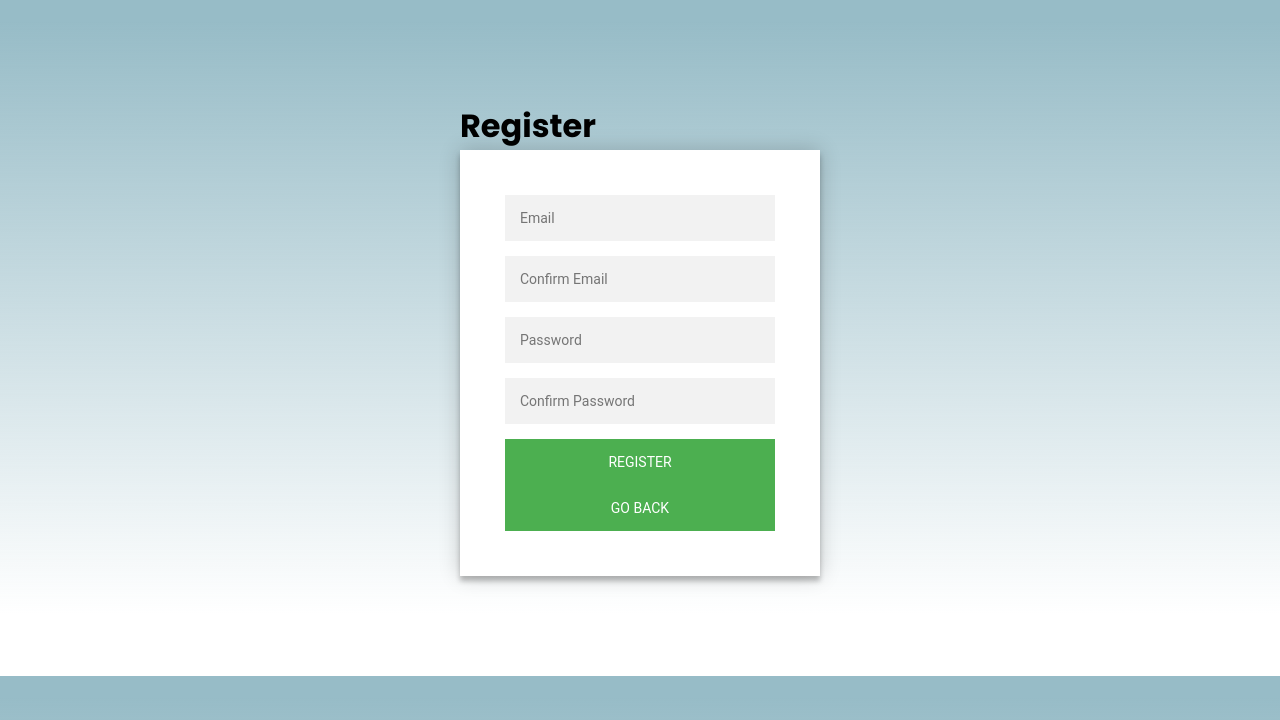
Repository: itadori17/HotelBooking
Page: /register
The author's editor kept a copy of each file at every save. The page is drawn from the files as they stood at one save, then again after the next save.
The browser window is 1280 px wide. The pictures show the whole page.
Some web libraries are served in a nearby version. The project was rebuilt for these pictures with package versions that can differ from the ones it lists, and the page was loaded fresh each time. Also part of the build but not shown: src/Components/HomeSection/Navbar.css, src/Components/HomeSection/Navbar.js, src/Components/HomeSection/Data.js, src/Components/HomeSection/Slides.js, src/Components/HomeSection/Hero.js, src/Components/Pages/Home.js, src/Components/Pages/Login.js.

Above is the page before, as saved 2022-07-12 09:51:03.

After the next save:
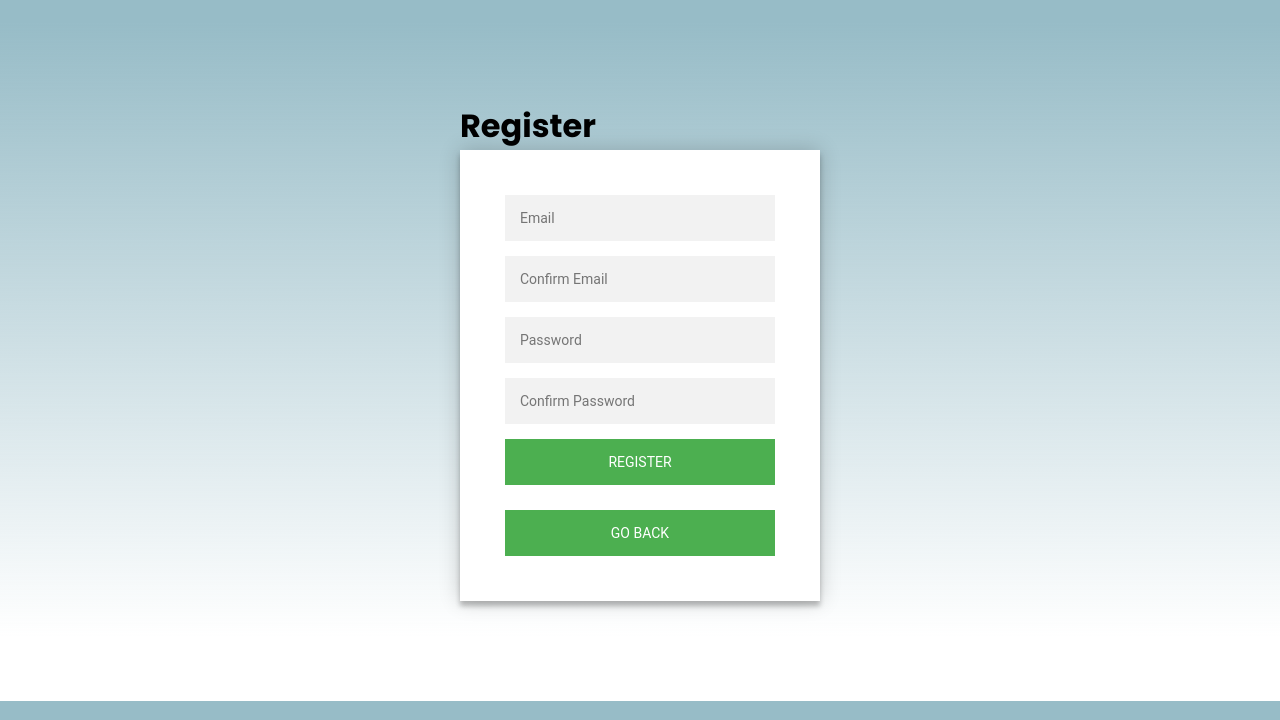
Saved 18 s later.
--- a/src/Components/Pages/Register.js
+++ b/src/Components/Pages/Register.js
@@ -69,7 +69,7 @@ export default function Register() {
               onChange={(e) =>
                 setRegisterInformation({...registerInformation, confirmPassword: e.target.value})} />
 
-            <button className="sign-in-register-button" onClick={handleRegister}>Register</button><br/>
+            <button className="sign-in-register-button" onClick={handleRegister}>Register</button><br/><br/>
             <button className="create-account-button" onClick={ handleBack}>Go back</button>
 
 
